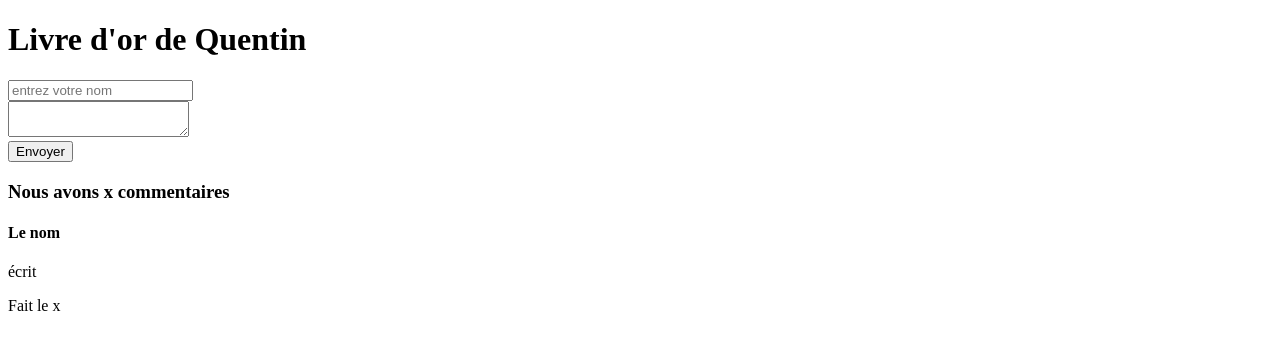
Repository: QuentinFayt/base-php-2021
Page: http://localhost/09-exemple-db.php
These files come from the project's save history. The page is drawn as it stood at one moment and after the next save; the edit follows.
The browser window is 1280 px wide. The pictures show the whole page.
The page is run by PHP 8.4 with error messages shown; the project is at /var/www/html/. Queries for data that is not in the repository find no rows.

Above is the page before, as saved 2021-07-09 11:56:46.

After the next save:
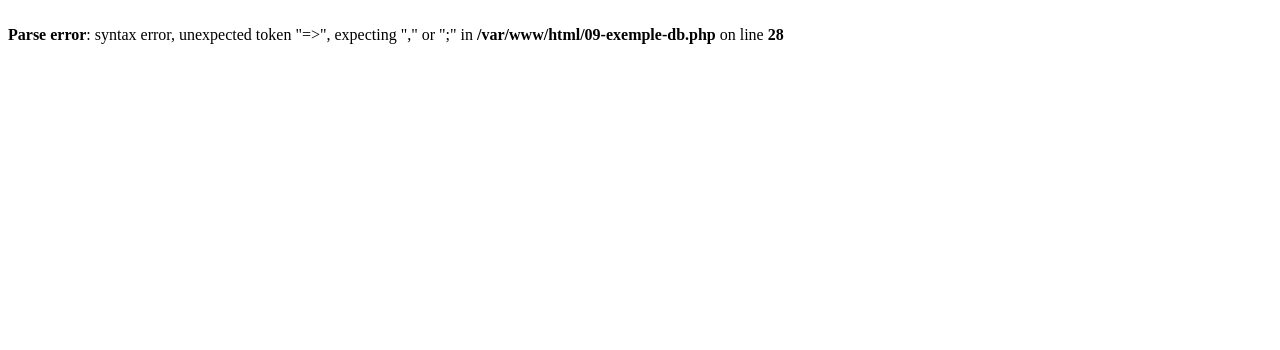
Saved 2 min 44 s later.
--- a/09-exemple-db.php
+++ b/09-exemple-db.php
@@ -3,6 +3,8 @@
     $connectToDB = mysqli_connect("localhost", "root", "", "ex09", 3307);
 
     $previousArticles = mysqli_query($connectToDB, "SELECT * FROM goldenbook ORDER BY date DESC;");
+
+    $nbArticles = mysqli_num_rows($previousArticles);
 ?>
 <!DOCTYPE html>
 <html lang="en">
@@ -23,7 +25,7 @@
             <br/>
             <input type="submit" value="Envoyer"/>
         </form>
-        <h3>Nous avons x commentaires</h3>
+        <h3>Nous avons <?=$nbArticles=> commentaires</h3>
         <h4>Le nom </h4>
         <p>écrit</p>
         <p>Fait le x</p></hr>

After the save that followed:
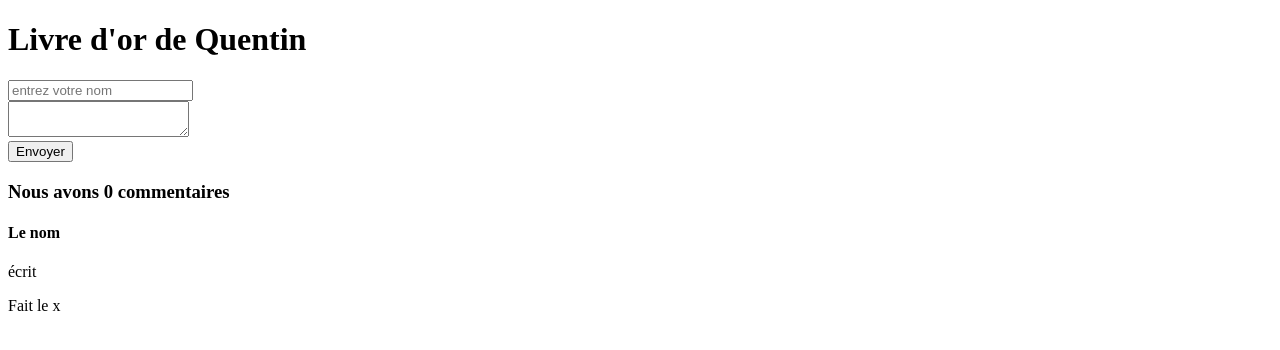
Saved 30 s later.
--- a/09-exemple-db.php
+++ b/09-exemple-db.php
@@ -25,7 +25,7 @@
             <br/>
             <input type="submit" value="Envoyer"/>
         </form>
-        <h3>Nous avons <?=$nbArticles=> commentaires</h3>
+        <h3>Nous avons <?=$nbArticles?> commentaires</h3>
         <h4>Le nom </h4>
         <p>écrit</p>
         <p>Fait le x</p></hr>
